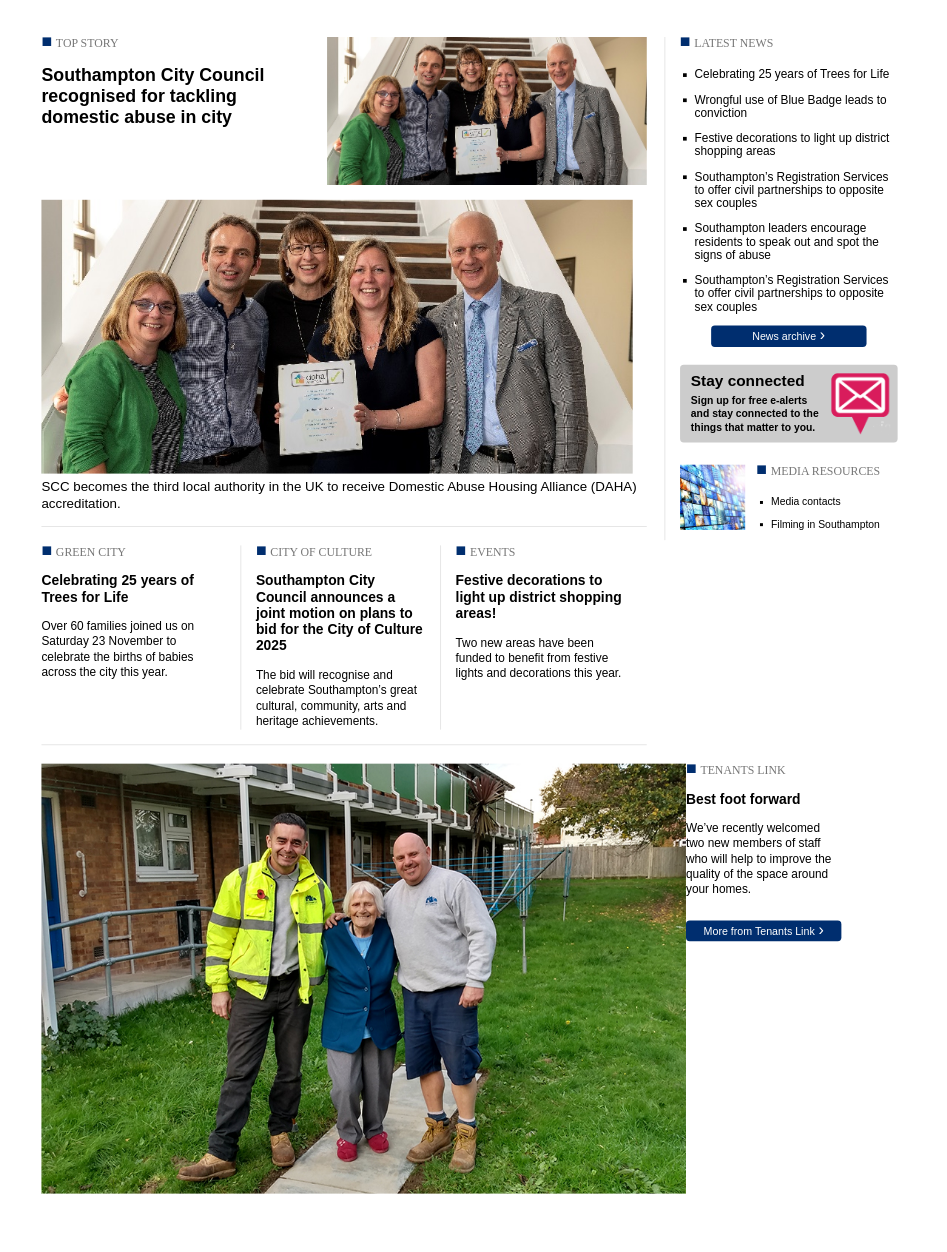
Repository: Domehead123/newspage
Page: index.html
The author's editor kept a record of every edit. The page is drawn from the files as they stood at one moment, then again after the next edit.
The browser window is 1280 px wide. The pictures show the whole page, at 74% of full size.
Some web libraries are served in a nearby version.

Above is the page before.

### index.html
<!DOCTYPE html>
<html lang="en">

<head>
    <meta charset="UTF-8">
    <meta name="viewport" content="width=device-width, initial-scale=1.0">
    <meta http-equiv="X-UA-Compatible" content="ie=edge">
    <script src="https://ajax.googleapis.com/ajax/libs/jquery/3.4.1/jquery.min.js"></script>

    <script src="https://kit.fontawesome.com/aae406265c.js" crossorigin="anonymous"></script>

    <link rel="stylesheet" href="news.css" type="text/css" />
    <title>News & Events</title>
</head>

<body>
    <div class="page-width">

        <div class="split-page">
            <div class="top-row">
                <div class="top-story">

                    <a href="#"><img class="top-large-pic" src="images/DAHA.jpg"></a>
                    <div class="subject-header">TOP STORY</div>


                    <h2><a href="#">

Southampton City Council recognised for tackling domestic abuse in city</a></h2>
                    <p><a href="#"><img class="small-pic" src="images/DAHA.jpg">SCC becomes the third local authority in the UK to receive Domestic Abuse Housing Alliance (DAHA) accreditation.</a></p>
                </div>


            </div>

            <div class="latest-news">
                <div class="subject-header">LATEST NEWS</div>

                <ul>
                    <li><a href="#">Celebrating 25 years of Trees for Life</a></li>
                    <li><a href="#">Wrongful use of Blue Badge leads to conviction</a></li>
                    <li><a href="#">Festive decorations to light up district shopping areas</li>
                    <li><a href="#">Southampton’s Registration Services to offer civil partnerships to opposite sex couples</a></li>
                    <li><a href="#">Southampton leaders encourage residents to speak out and spot the signs of abuse</a></li>
                    <li><a href="#">Southampton’s Registration Services to offer civil partnerships to opposite sex couples</a></li>

                </ul>
                <p class="more centre"><a href="#">News archive</a></p>
            </div>


            <div class="middle-row">
                <div class="topic">
                    <div class="subject-header ">GREEN CITY</div>

                    <h3><a href="#">
Celebrating 25 years of Trees for Life
 </a></h3>
                    <p><a href="#">Over 60 families joined us on Saturday 23 November to celebrate the births of babies across the city this year.</a></p>
                </div>
                <div class="topic">
                    <div class="subject-header">CITY OF CULTURE</div>

                    <h3><a href="#">Southampton City Council announces a joint motion on plans to bid for the City of Culture 2025</a></h3>
                    <p><a href="#">The bid will recognise and celebrate Southampton’s great cultural, community, arts and heritage achievements.</a></p>
                </div>

                <div class="topic">
                    <div class="subject-header ">EVENTS</div>

                    <h3><a href="#">
Festive decorations to light up district shopping areas!
 </a></h3>
                    <p><a href="#">Two new areas have been funded to benefit from festive lights and decorations this year.</a></p>

                </div>

            </div>




            <div class="bottom-row">
                <div class="lower-image">
                    <a href="#"><img src="images/tenants.jpg"></a>
                </div>
                <div class="tenants-container">
                    <div class="tenants">

                        <div class="subject-header ">TENANTS LINK</div>

                        <h3><a href="#">Best foot forward</a></h3>
                        <p><a href="#">We’ve recently welcomed two new members of staff who will help to improve the quality of the space around your homes. </a></p>

                    </div>
                    <p class="more"><a href="#">More from Tenants Link</a></p>
                </div>




            </div>




        </div>

        <div class="side-panel">

            <div class="latest-news">
                <div class="subject-header">LATEST NEWS</div>

                <ul>
                    <li><a href="#">Celebrating 25 years of Trees for Life</a></li>
                    <li><a href="#">Wrongful use of Blue Badge leads to conviction</a></li>
                    <li><a href="#">Festive decorations to light up district shopping areas</li>
                    <li><a href="#">Southampton’s Registration Services to offer civil partnerships to opposite sex couples</a></li>
                    <li><a href="#">Southampton leaders encourage residents to speak out and spot the signs of abuse</a></li>
                    <li><a href="#">Southampton’s Registration Services to offer civil partnerships to opposite sex couples</a></li>

                </ul>
                <p class="more centre"><a href="#">News archive</a></p>
            </div>
            <div class="connected">

                <a href="#"><img src="images/connected.png"></a>
                <h2><a href="#">Stay connected</a></h2>

                <p><a href="#">Sign up for free e-alerts and stay connected to the things that matter to you.</a></p>
            </div>

            <div class="media">
                <div class="media-image">
                    <img src="images/media2.jpg">
                </div>


                <div class="media-text">
                    <div class="subject-header ">MEDIA RESOURCES</div>

                    <ul>
                        <li><a href="# ">Media contacts</a></li>
                        <li><a href="# ">Filming in Southampton</a></li>

                    </ul>
                </div>

            </div>






        </div>






</body>

</html>

### news.css
/* REMOVE LEFT-HAND NAV */

.sidebar__content {
    display: none !important;
}

.page-body {
    left: 0 !important;
    width: 100% !important;
    font-size: 20px;
}

.page-width {
    max-width: 1168px;
    margin: 50px auto;
    padding: 0 25px;
}


/* GENERAL STYLING AND LINKS */

h2,
h3,
h4,
li,
p {
    font-family: "franklin-gothic-urw", sans-serif;
}


p {
    font-size: 18px;
    line-height: 130%;
}


a {
    color: #000;
    text-decoration: none;
    transition: 0.4s all;
}

.centre {
    margin: 0 auto;
}


.topic:hover a,
.top-story:hover a,
.tenants:hover a,
.latest-news a:hover,
.connected:hover a,
.more a:hover,
.media a:hover {
    text-decoration: underline;
}

.subject-header {
    color: #777;
}

.subject-header:before {
    content: "\25A0";
    line-height: 0;
    font-size: 1.5em;
    color: #002e6f;
    margin-right: 5px;
}

/* MAIN CONTENT */

.split-page {
    display: inline-block;
    vertical-align: top;
    width: 70%;
}


.split-page .latest-news {
    padding: 25px 0;
    display: none;
    border-bottom: 1px solid #ddd;
    margin-bottom: 0;
}

.top-row {
    display: flex;
    border-bottom: 1px solid #ddd;
}

.middle-row {
    clear: both;
    display: flex;
    flex-wrap: wrap;
    border-bottom: 1px solid #ddd;
    padding: 25px 0 20px 0;
}

.bottom-row {
    clear: both;
    display: flex;
    padding: 25px 0;
}

.top-story {
    margin: 0;
    box-sizing: border-box;
}

.top-story::after {
    content: "";
    clear: both;
    display: table;
}


.top-large-pic {
    display: block;
    margin: 0 0 20px 20px;
    height: 200px;
    float: right;
}

.top-small-pic {
    display: none;
    float: right;
    margin: 0 0 20px 20px;
    height: 100px;
}

.topic {
    width: 33%;
    padding: 0 20px;
    box-sizing: border-box;
    display: inline-block;
    vertical-align: top;
}

.right-border {}

.topic p {
    font-size: 16px;
    margin-bottom: 0;
}

.tenants p {
    font-size: 16px;
}

.topic:nth-child(1) {
    padding: 0 20px 0 0;
    border-right: 1px solid #ddd;
}

.topic:nth-child(2) {
    border-right: 1px solid #ddd;
}

.lower-stories {
    border-right: 1px solid #ddd;
}

.bottom-large-pic {
    height: 200px;
    margin-right: 20px;
    float: left;
}

.bottom-small-pic {
    display: none;
    float: right;
    margin: 0 0 20px 20px;
    height: 100px;
}

.tenants-container {
    margin-right: 20px;
    box-sizing: border-box;
    display: inline-block;
    vertical-align: top;
}

.more {
    font-size: 0.9em;
    background: #002e6f;
    width: 200px;
    padding: 5px;
    text-align: center;
    border-radius: 5px;
}

.tenants-container .more {
    float: left;
}

.more a {
    color: #fff;
}

.more::after {
    content: "\203A";
    color: #fff;
    font-size: 1.5em;
    line-height: 0;
    margin-left: 5px;
    position: relative;
    top: 1px;
}



/* SIDE PANEL */

.side-panel {
    display: inline-block;
    vertical-align: top;
    width: 27%;
    margin-left: 20px;
    border-left: 1px solid #ddd;
    padding-left: 20px;
    box-sizing: border-box;
}

.latest-news {
    margin-bottom: 1.5em;
}

.latest-news ul,
.media ul {
    padding: 0 0 0 20px;
    margin-top: 1.5em;
}

.latest-news ul li,
.media ul li {
    margin: 0 0 1em 0;
    font-size: 16px;
    list-style-type: square;
}

.extras {
    display: flex;
    flex-wrap: wrap;
}


.connected {
    background: #ccc;
    padding: 10px 10px 10px 15px;
    border-radius: 5px;
    margin-bottom: 30px;
    width: 100%;
    box-sizing: border-box;
}

.connected img {
    float: right;
    height: 85px;
    margin-left: 10px;
}

.connected h2 {
    font-size: 1.3em;
    margin: 0 0 5px 0;
}

.connected p {
    font-size: 14px;
    font-weight: bold;
    margin: 0;
}


.connected::after {
    content: "";
    clear: both;
    display: table;
}

.media {
    width: 100%;

}

.media img {
    float: left;
    width: 30%;
    margin-right: 15px;
}

.media ul {
    padding: 0 0 0 20px;
    margin-top: 1.5em;
    margin-bottom: 0;
    display: inline-block;
    box-sizing: border-box;
    width: 60%;
}

.media ul li {
    margin: 0 0 1em 0;
    list-style-type: square;
    font-size: 14px;
}

.extras {
    display: flex;
}


@media only screen and (max-width: 1000px) {
    .split-page {
        width: 100%;
    }

    .side-panel {
        width: 100%;
        border-left: 0;
        margin: 0;
        padding: 0;
    }

    .split-page .latest-news {
        display: block
    }

    .side-panel .latest-news {
        display: none;
    }

    .connected {
        width: 45%;
        margin-right: 25px;
        margin-bottom: 0;
    }

    .media {
        width: 45%;
        border: 1px solid #ddd;
        padding: 15px;
        border-radius: 5px;
        box-sizing: content-box;
    }

}


@media only screen and (max-width: 750px) {
    .top-large-pic {
        display: none;
    }

    .top-small-pic {
        display: block;
    }

    .bottom-large-pic {
        display: none;
    }

    .bottom-small-pic {
        display: block;
    }

    .tenants-container {
        margin-right: 0;
    }

    .tenants-container .more {
        float: none;
        margin: 10px auto;
        clear: both;
    }

}


@media only screen and (max-width: 660px) {
    .connected {
        width: 100%;
        margin-right: 0;
        margin-bottom: 25px;
    }

    .media {
        width: 100%;
    }

    .media img {
        height: 100px;
        width: auto;
    }



}


@media only screen and (max-width: 600px) {
    .topic {
        width: 100%;
    }

    .topic:nth-child(1) {
        padding: 0 0 25px 0;
        border-right: 0;
        border-bottom: 1px solid #ddd;
    }

    .topic:nth-child(2) {
        padding: 25px 0;
        border-right: 0;
        border-bottom: 1px solid #ddd;
    }

    .topic:nth-child(3) {
        padding: 25px 0 0 0;
    }


}



@media only screen and (max-width: 450px) {

    .top-small-pic,
    .bottom-small-pic {
        height: auto;
        width: 100%;
    }
}



@media only screen and (max-width: 400px) {

    .media img {
        display: none;
    }
}

After the next edit:
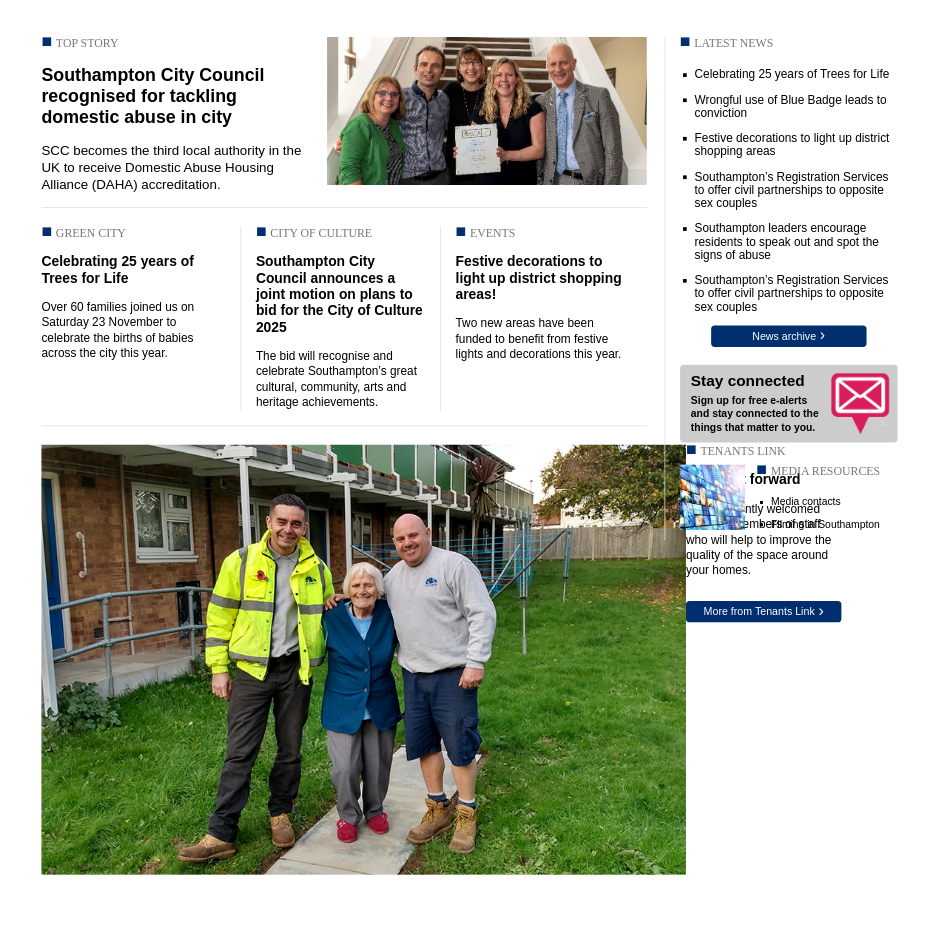
The edit:
--- a/index.html
+++ b/index.html
@@ -27,7 +27,7 @@
                     <h2><a href="#">
 
 Southampton City Council recognised for tackling domestic abuse in city</a></h2>
-                    <p><a href="#"><img class="small-pic" src="images/DAHA.jpg">SCC becomes the third local authority in the UK to receive Domestic Abuse Housing Alliance (DAHA) accreditation.</a></p>
+                    <p><a href="#"><img class="top-small-pic" src="images/DAHA.jpg">SCC becomes the third local authority in the UK to receive Domestic Abuse Housing Alliance (DAHA) accreditation.</a></p>
                 </div>
 
 
